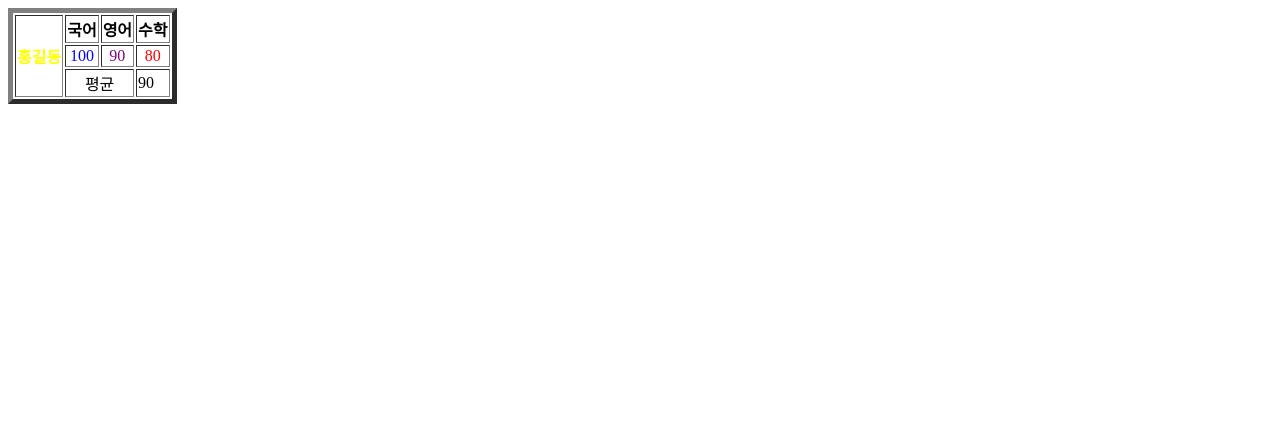
Repository: tjdwlsaos22/TJ_JSP
Page: jsp/HTML/src/main/webapp/Lec04.html
The author's editor kept a copy of each file at every save. The page is drawn from the files as they stood at one save, then again after the next save.
The browser window is 1280 px wide. The pictures show the whole page.

Above is the page before, as saved 2024-01-17 03:20:10.

After the next save:
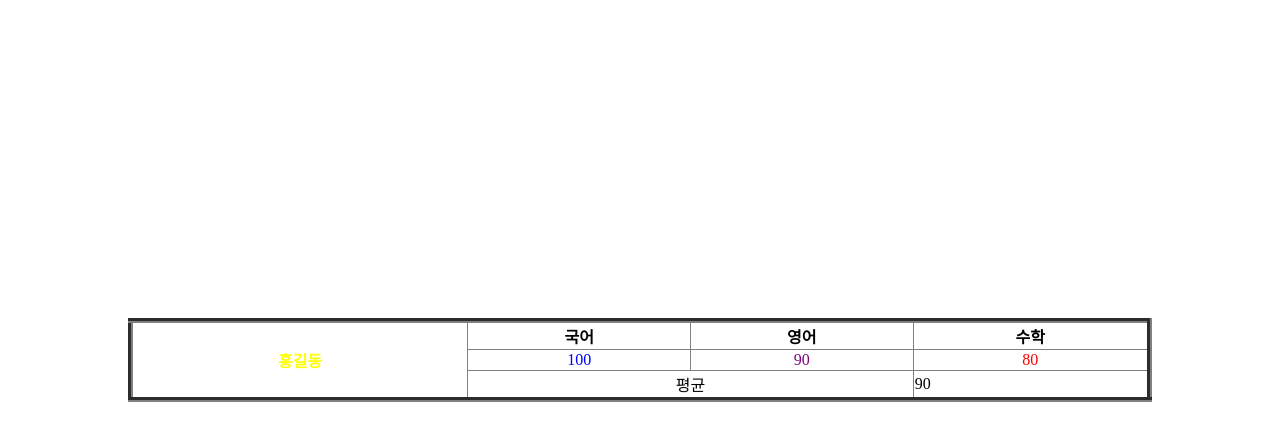
Saved 14 s later.
--- a/jsp/HTML/src/main/webapp/Lec04.html
+++ b/jsp/HTML/src/main/webapp/Lec04.html
@@ -6,6 +6,19 @@
 		<meta charset="UTF-8">
 		<title>Table Tag</title>
 		<style>
+   		 body {
+      	display: flex;
+      	align-items: center;
+      	justify-content: center;
+      	height: 100vh;
+      	margin: 0;
+    	}
+
+    	table {
+      	border-collapse: collapse;
+      	width: 80%; /* 테이블의 너비를 조절할 수 있습니다. */
+    	}
+
 
   </style>
 	</head>
